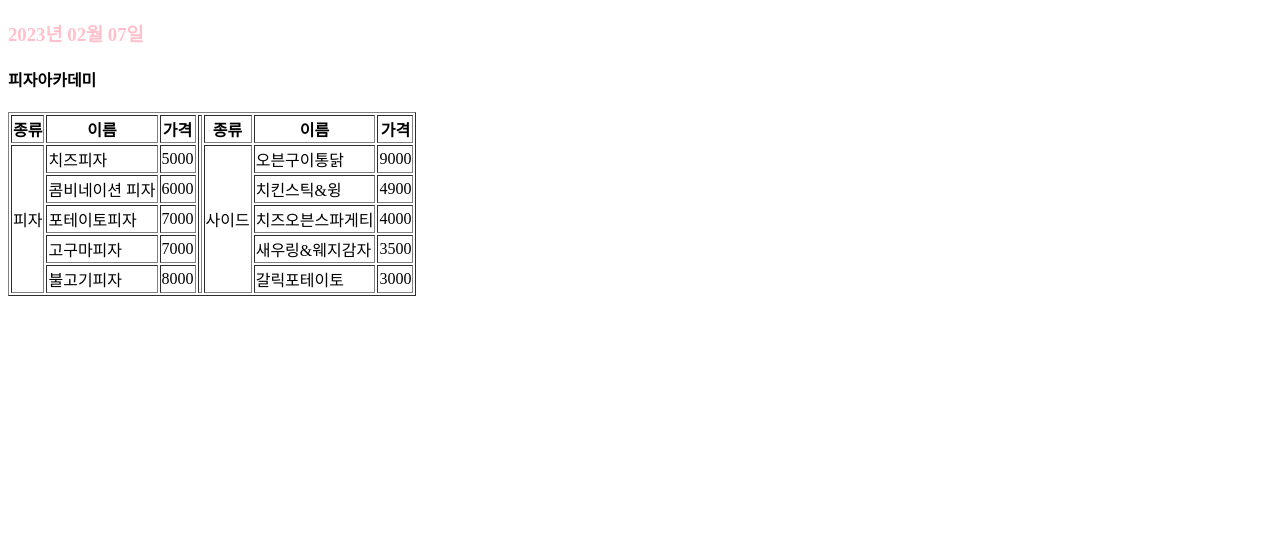
Repository: yejin0220/Web-workspace1
Page: http://localhost/2_JSP/views/04_PizzaOrderForm.jsp
These files come from the project's save history. The page is drawn as it stood at one moment and after the next save; the edit follows.
The browser window is 1280 px wide. The pictures show the whole page.
The page is served by Tomcat 9.

Above is the page before, as saved 2023-02-09 01:02:47.

After the next save:
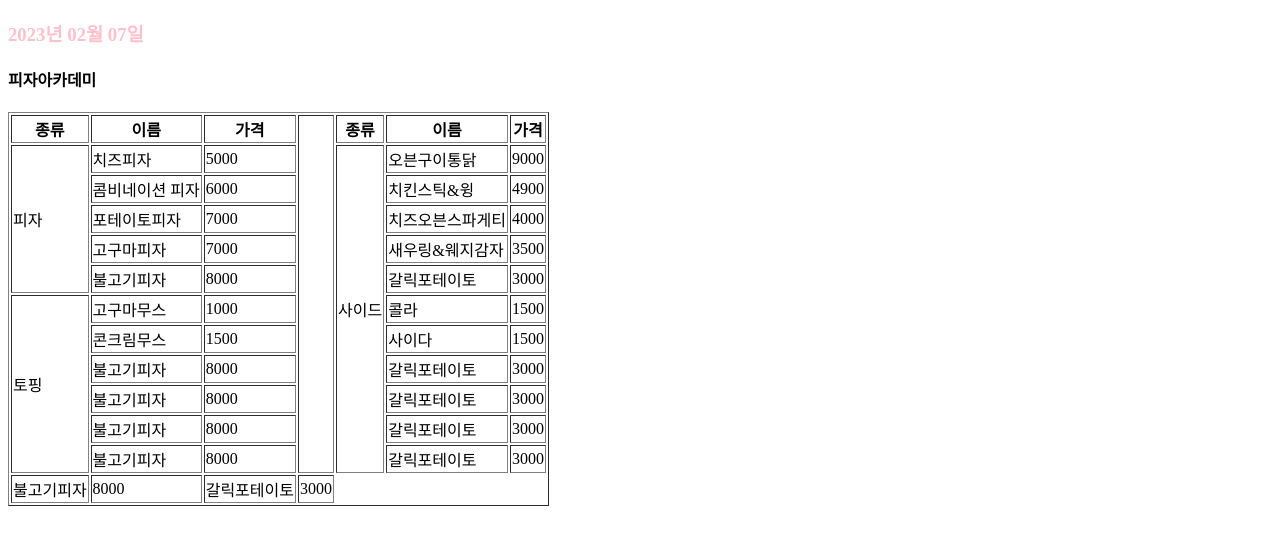
Saved 76 s later.
--- a/2_JSP/WebContent/views/04_PizzaOrderForm.jsp
+++ b/2_JSP/WebContent/views/04_PizzaOrderForm.jsp
@@ -67,6 +67,50 @@
 			<td>갈릭포테이토</td>
 			<td>3000</td>
 		</tr>
+		<tr>
+			<td rowspan="6">토핑</td>
+			<td>고구마무스</td>
+			<td>1000</td>
+			<td>콜라</td>
+			<td>1500</td>
+		</tr>
+		<tr>
+			<td>콘크림무스</td>
+			<td>1500</td>
+			<td>사이다</td>
+			<td>1500</td>
+		</tr>
+				<tr>
+			<td>불고기피자</td>
+			<td>8000</td>
+			<td>갈릭포테이토</td>
+			<td>3000</td>
+		</tr>
+				<tr>
+			<td>불고기피자</td>
+			<td>8000</td>
+			<td>갈릭포테이토</td>
+			<td>3000</td>
+		</tr>
+				<tr>
+			<td>불고기피자</td>
+			<td>8000</td>
+			<td>갈릭포테이토</td>
+			<td>3000</td>
+		</tr>
+				<tr>
+			<td>불고기피자</td>
+			<td>8000</td>
+			<td>갈릭포테이토</td>
+			<td>3000</td>
+		</tr>
+				<tr>
+			<td>불고기피자</td>
+			<td>8000</td>
+			<td>갈릭포테이토</td>
+			<td>3000</td>
+		</tr>
+
 
 
 
